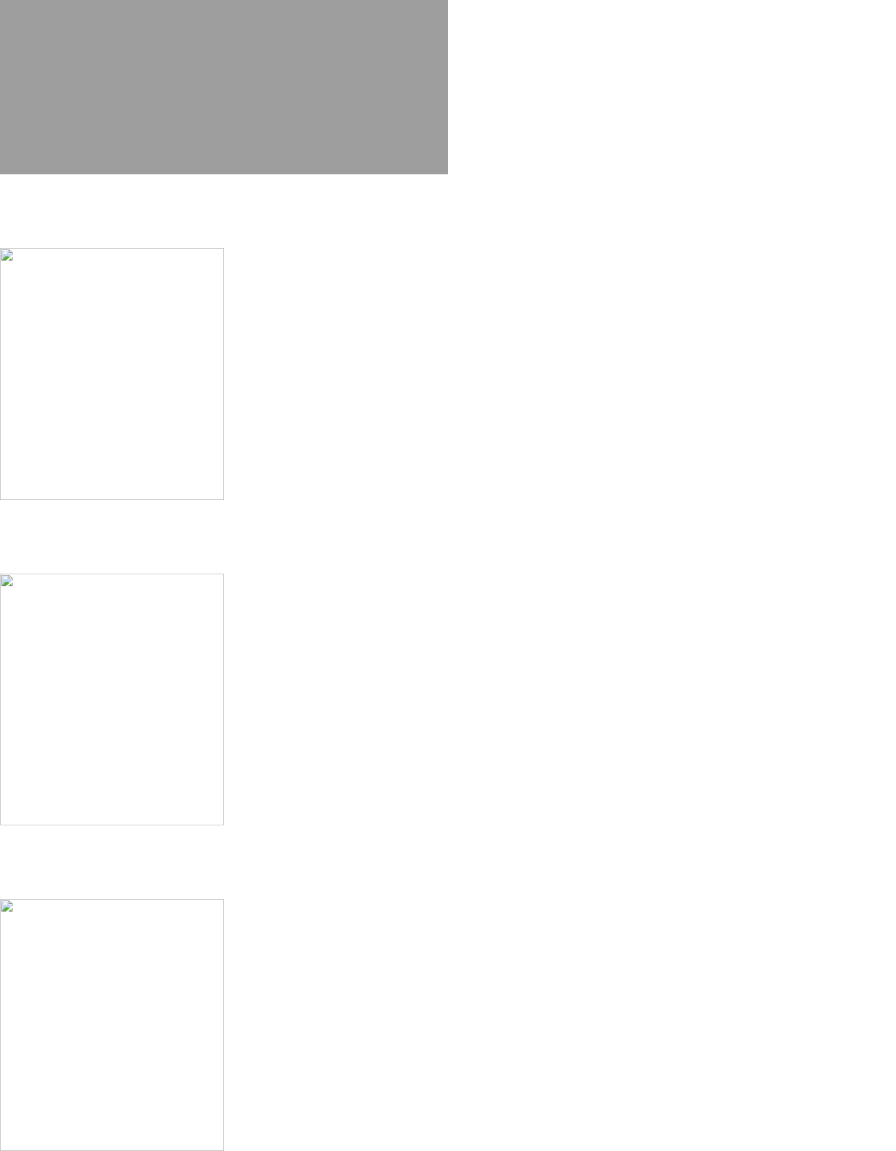
Repository: PatryxB/garden
Page: http://localhost/
These files come from the project's save history. The page is drawn as it stood at one moment and after the next save; the edit follows.
The browser window is 1280 px wide. The pictures show the part of the page from y = 905 to 2825 px (the page is 2549 px tall before and 2837 px after), at 70% of full size.
Pictures or frames that could not be fetched are drawn as grey boxes. Some web fonts or font styles are not loaded; a fallback is used. The page is served by the project's Laravel application, run on PHP 8.4 with Laravel 8. Style sheets and scripts are compiled from the project's sources, by tool versions that may differ from the author's.

Above is the page before, as saved 2020-05-14 20:41:15.

After the next save:
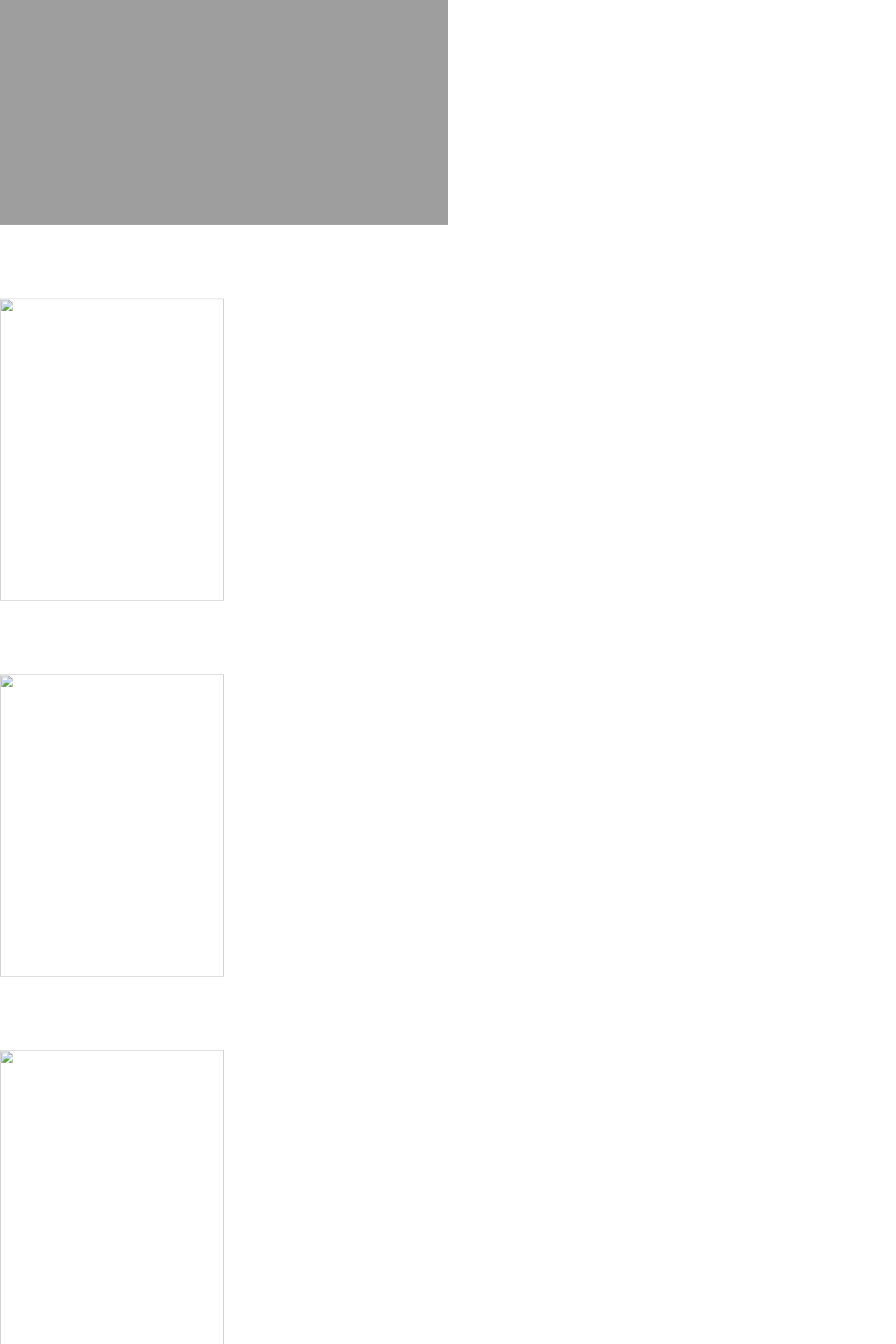
Saved 8 s later.
--- a/resources/sass/app.scss
+++ b/resources/sass/app.scss
@@ -71,7 +71,7 @@ h2{
 }
 .garden img{
     width: 50%;
-    height: 50vh;
+    height: 60vh;
 }
 .garden{
     margin-top: 100px;
